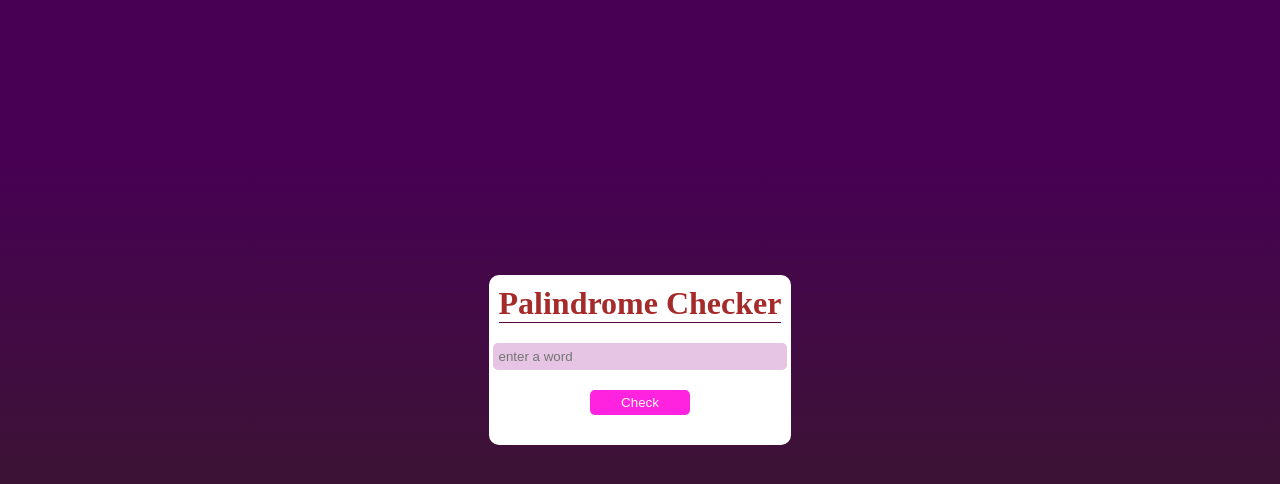
Repository: albinsabu2023/palindromeChecker
Page: index.html
The author's editor kept a copy of each file at every save. The page is drawn from the files as they stood at one save, then again after the next save.
The browser window is 1280 px wide. The pictures show the whole page.

Above is the page before, as saved 2023-09-12 01:30:04.

After the next save:
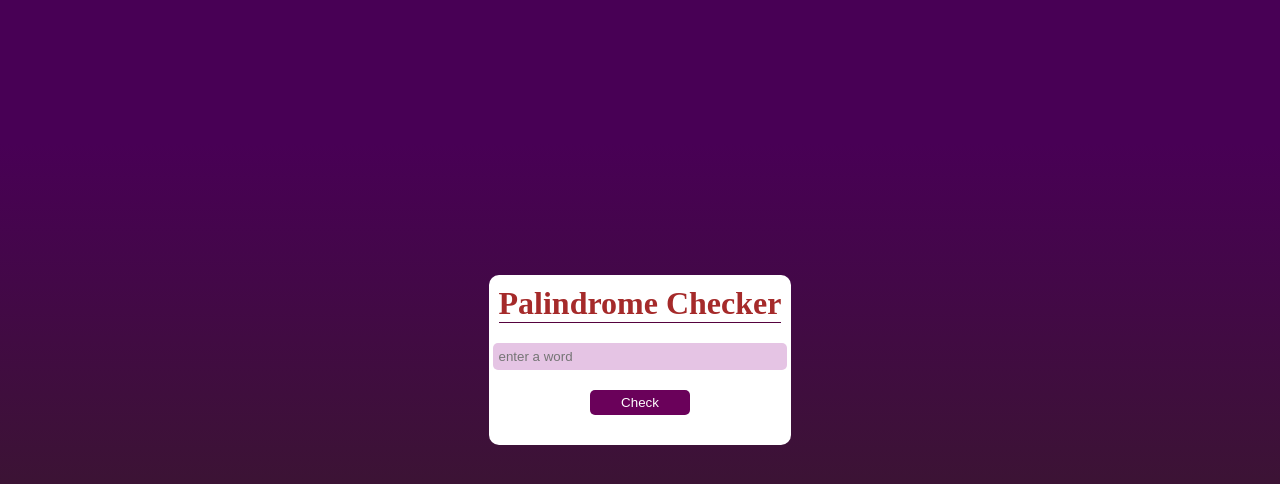
Saved 21 s later.
--- a/style.css
+++ b/style.css
@@ -38,7 +38,7 @@ body{
 }
 .container button{
     border: none;
-    background-color: rgb(255, 34, 222);
+    background-color: rgb(106, 1, 90);
     padding: 5px;
     width: 100px;
     border-radius: 5px;
